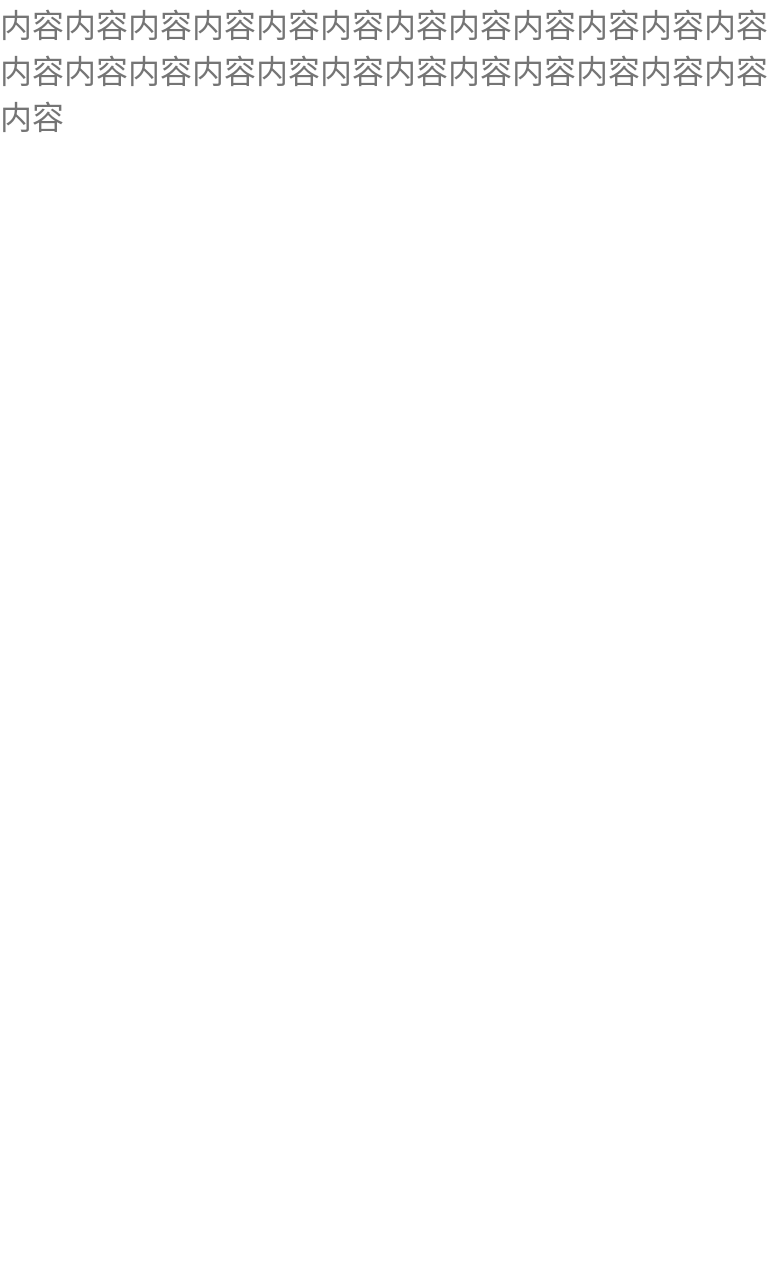
Repository: fatio/Nower
Layout: Android_Client_Source/EnjoyIt/res/layout/comment_list_item.xml
An editor plug-in stored every save of this project. The layout is shown before and after the next save, followed by the edit.
It is drawn on a 768 x 1280 px phone screen (xhdpi) without system bars, with theme AppTheme; the app's code is not run.

Above is the layout before, as saved 2015-12-27 16:25:10.

### Android_Client_Source/EnjoyIt/res/layout/comment_list_item.xml
<?xml version="1.0" encoding="utf-8"?>
<LinearLayout xmlns:android="http://schemas.android.com/apk/res/android"
    android:layout_width="match_parent"
    android:layout_height="match_parent"
    android:layout_marginBottom="5dp"
    android:layout_marginLeft="10dp"
    android:layout_marginRight="10dp"
    android:layout_marginTop="5dp"
    android:orientation="horizontal" >

    <!--
         <TextView
        android:id="@+id/tv_com_user"
        android:layout_width="wrap_content"
        android:layout_height="wrap_content"
        android:text="小明"
        android:textColor="#448AFF"
        android:textSize="12sp" />

    <TextView
        android:id="@+id/tv_back_text"
        android:layout_width="wrap_content"
        android:layout_height="wrap_content"
        android:text="回复"
        android:textColor="#2B2B2B"
        android:textSize="12sp" />

    <TextView
        android:id="@+id/tv_comed_user"
        android:layout_width="wrap_content"
        android:layout_height="wrap_content"
        android:text="小红"
        android:textColor="#448AFF"
        android:textSize="12sp" />

    <TextView
        android:layout_width="wrap_content"
        android:layout_height="wrap_content"
        android:text="："
        android:textColor="#2B2B2B"
        android:textSize="12sp" />

    <TextView
        android:id="@+id/tv_context"
        android:layout_width="wrap_content"
        android:layout_height="wrap_content"
        android:text="内容内容内容内容内容内容内容内容内容内容内容内容内容内容内容内容内容内容内容内容内容内容内容内容内容内容"
        android:textColor="#2B2B2B"
        android:textSize="12sp" />
    -->

    <TextView
        android:id="@+id/tv_text"
        android:layout_width="wrap_content"
        android:layout_height="wrap_content"
        android:text="内容内容内容内容内容内容内容内容内容内容内容内容内容内容内容内容内容内容内容内容内容内容内容内容内容"
        android:textColor="#757575"
        android:textSize="16sp"/>

</LinearLayout>

### Android_Client_Source/EnjoyIt/res/values/styles.xml
<resources>
    <style name="like_toast_dialog_style">
        <item name="android:windowFrame">@null</item>
        <item name="android:windowIsFloating">true</item>
        <item name="android:windowIsTranslucent">true</item>
        <item name="android:windowNoTitle">true</item>
        <item name="android:backgroundDimEnabled">false</item>
        <item name="android:windowContentOverlay">@null</item>
        <item name="android:windowBackground">@drawable/round_background</item>
    </style>
    <style name="AnimBottom" parent="@android:style/Animation">
        <item name="android:windowEnterAnimation">@anim/push_bottom_in</item>
        <item name="android:windowExitAnimation">@anim/push_bottom_out</item>
    </style>

    <style name="PopupAnimation3" parent="android:Animation">
        <item name="android:windowEnterAnimation">@anim/push_bottom_in</item>
        <item name="android:windowExitAnimation">@anim/push_bottom_out</item>
    </style>

    <style name="PopupAnimation" mce_bogus="1" parent="android:Animation">
        <item name="android:windowEnterAnimation">@anim/activity_translate_in</item>
        <item name="android:windowExitAnimation">@anim/activity_translate_out</item>
    </style>

    <style name="PopupAnimation1" mce_bogus="1" parent="android:Animation">
        <item name="android:windowEnterAnimation">@anim/popup_enter</item>
        <item name="android:windowExitAnimation">@anim/popup_exit</item>
    </style>
    <!--
        Base application theme, dependent on API level. This theme is replaced
        by AppBaseTheme from res/values-vXX/styles.xml on newer devices.

    -->
    <style name="AppBaseTheme" parent="android:Theme.Light">
        <!--
            Theme customizations available in newer API levels can go in
            res/values-vXX/styles.xml, while customizations related to
            backward-compatibility can go here.

        -->
    </style>

    <!-- Application theme. -->
    <style name="AppTheme" parent="AppBaseTheme">
        <!-- All customizations that are NOT specific to a particular API-level can go here. -->
    </style>

</resources>

### Android_Client_Source/EnjoyIt/res/drawable/comment_item_selector.xml
<?xml version="1.0" encoding="utf-8"?>
<selector xmlns:android="http://schemas.android.com/apk/res/android">

    <item android:drawable="@color/black2" android:state_pressed="true"><shape xmlns:android="http://schemas.android.com/apk/res/android">
            <solid android:color="#80858175" />

            <stroke android:width="2dip" android:color="#f5f5f5" />

            <corners android:radius="20dp" />
        </shape></item>
    <item android:state_pressed="false"><shape android:shape="rectangle">
            <solid android:color="#80858175" />

            <gradient android:angle="90" android:endColor="@color/white" android:startColor="@color/white" />

            <stroke android:width="1dip" android:color="#bdbdbd" />

            <corners android:radius="20dp" />
        </shape></item>

</selector><!--
solid设置填充颜色，颜色值以#80开头表示透明
stroke 设置边框宽度，颜色值
corners设置圆角
-->

### Android_Client_Source/EnjoyIt/res/values/colors.xml
<?xml version="1.0" encoding="utf-8" ?>
 <resources>
         <color name="bg_black">#000000</color>
    <color name="bg_white">#FFFFFF</color>
    <color name="bg_topbar">#FCFCFC</color>
    <color name="bg_gray">#00F1F1F1</color>
    <color name="bar_color">#232325</color>

    <color name="black2">#ffeeeeee</color>
    <color name="text_gray">#8D7A71</color>
    <color name="text_white">#FFFFFF</color>
    <color name="text_yellow">#FFC800</color>
    <color name="text_topbar">#694E42</color>
    <color name="div_white">#E5E5E5</color>
    <color name="puple">#d500f9</color>



 <color name="white">#ffffff</color><!--白色 -->
 <color name="ivory">#fffff0</color><!--象牙色 -->
 <color name="lightyellow">#ffffe0</color><!--亮黄色 -->
 <color name="yellow">#ffff00</color><!--黄色 -->
 <color name="snow">#fffafa</color><!--雪白色 -->
 <color name="floralwhite">#fffaf0</color><!--花白色 -->
 <color name="lemonchiffon">#fffacd</color><!--柠檬绸色 -->
 <color name="cornsilk">#fff8dc</color><!--米绸色 -->
 <color name="seaShell">#fff5ee</color><!--海贝色 -->
 <color name="lavenderblush">#fff0f5</color><!--淡紫红 -->
 <color name="papayawhip">#ffefd5</color><!--番木色 -->
 <color name="blanchedalmond">#ffebcd</color><!--白杏色 -->
 <color name="mistyrose">#ffe4e1</color><!--浅玫瑰色 -->
 <color name="bisque">#ffe4c4</color><!--桔黄色 -->
 <color name="moccasin">#ffe4b5</color><!--鹿皮色 -->
 <color name="navajowhite">#ffdead</color><!--纳瓦白 -->
 <color name="peachpuff">#ffdab9</color><!--桃色 -->
 <color name="gold">#ffd700</color><!--金色 -->
 <color name="pink">#ffc0cb</color><!--粉红色 -->
 <color name="lightpink">#ffb6c1</color><!--亮粉红色 -->
 <color name="orange">#ffa500</color><!--橙色 -->
 <color name="lightsalmon">#ffa07a</color><!--亮肉色 -->
 <color name="darkorange">#ff8c00</color><!--暗桔黄色 -->
 <color name="coral">#ff7f50</color><!--珊瑚色 -->
 <color name="hotpink">#ff69b4</color><!--热粉红色 -->
 <color name="tomato">#ff6347</color><!--西红柿色 -->
 <color name="orangered">#ff4500</color><!--红橙色 -->
 <color name="deeppink">#ff1493</color><!--深粉红色 -->
 <color name="fuchsia">#ff00ff</color><!--紫红色 -->
 <color name="magenta">#ff00ff</color><!--红紫色 -->
 <color name="red">#ff0000</color><!--红色 -->
 <color name="oldlace">#fdf5e6</color><!--老花色 -->
 <color name="lightgoldenrodyellow">#fafad2</color><!--亮金黄色 -->
 <color name="linen">#faf0e6</color><!--亚麻色 -->
 <color name="antiquewhite">#faebd7</color><!--古董白 -->
 <color name="salmon">#fa8072</color><!--鲜肉色 -->
 <color name="ghostwhite">#f8f8ff</color><!--幽灵白 -->
 <color name="mintcream">#f5fffa</color><!--薄荷色 -->
 <color name="whitesmoke">#f5f5f5</color><!--烟白色 -->
 <color name="beige">#f5f5dc</color><!--米色 -->
 <color name="wheat">#f5deb3</color><!--浅黄色 -->
 <color name="sandybrown">#f4a460</color><!--沙褐色 -->
 <color name="azure">#f0ffff</color><!--天蓝色 -->
 <color name="honeydew">#f0fff0</color><!--蜜色 -->
 <color name="aliceblue">#f0f8ff</color><!--艾利斯兰 -->
 <color name="khaki">#f0e68c</color><!--黄褐色 -->
 <color name="lightcoral">#f08080</color><!--亮珊瑚色 -->
 <color name="palegoldenrod">#eee8aa</color><!--苍麒麟色 -->
 <color name="violet">#ee82ee</color><!--紫罗兰色 -->
 <color name="darksalmon">#e9967a</color><!--暗肉色 -->
 <color name="lavender">#e6e6fa</color><!--淡紫色 -->
 <color name="lightcyan">#e0ffff</color><!--亮青色 -->
 <color name="burlywood">#deb887</color><!--实木色 -->
 <color name="plum">#dda0dd</color><!--洋李色 -->
 <color name="gainsboro">#dcdcdc</color><!--淡灰色 -->
 <color name="crimson">#dc143c</color><!--暗深红色 -->
 <color name="palevioletred">#db7093</color><!--苍紫罗兰色 -->
 <color name="goldenrod">#daa520</color><!--金麒麟色 -->
 <color name="orchid">#da70d6</color><!--淡紫色 -->
 <color name="thistle">#d8bfd8</color><!--蓟色 -->
 <color name="lightgray">#d3d3d3</color><!--亮灰色 -->
 <color name="lightgrey">#d3d3d3</color><!--亮灰色 -->
 <color name="tan">#d2b48c</color><!--茶色 -->
 <color name="chocolate">#d2691e</color><!--巧可力色 -->
 <color name="peru">#cd853f</color><!--秘鲁色 -->
 <color name="indianred">#cd5c5c</color><!--印第安红 -->
 <color name="mediumvioletred">#c71585</color><!--中紫罗兰色 -->
 <color name="silver">#c0c0c0</color><!--银色 -->
 <color name="darkkhaki">#bdb76b</color><!--暗黄褐色 -->
 <color name="rosybrown">#bc8f8f</color><!--褐玫瑰红 -->
 <color name="mediumorchid">#ba55d3</color><!--中粉紫色 -->
 <color name="darkgoldenrod">#b8860b</color><!--暗金黄色 -->
 <color name="firebrick">#b22222</color><!--火砖色 -->
 <color name="powderblue">#b0e0e6</color><!--粉蓝色 -->
 <color name="lightsteelblue">#b0c4de</color><!--亮钢兰色 -->
 <color name="paleturquoise">#afeeee</color><!--苍宝石绿 -->
 <color name="greenyellow">#adff2f</color><!--黄绿色 -->
 <color name="lightblue">#add8e6</color><!--亮蓝色 -->
 <color name="darkgray">#a9a9a9</color><!--暗灰色 -->
 <color name="darkgrey">#a9a9a9</color><!--暗灰色 -->
 <color name="brown">#a52a2a</color><!--褐色 -->
 <color name="sienna">#a0522d</color><!--赭色 -->
 <color name="darkorchid">#9932cc</color><!--暗紫色 -->
 <color name="palegreen">#98fb98</color><!--苍绿色 -->
 <color name="darkviolet">#9400d3</color><!--暗紫罗兰色 -->
 <color name="mediumpurple">#9370db</color><!--中紫色 -->
 <color name="lightgreen">#90ee90</color><!--亮绿色 -->
 <color name="darkseagreen">#8fbc8f</color><!--暗海兰色 -->
 <color name="saddlebrown">#8b4513</color><!--重褐色 -->
 <color name="darkmagenta">#8b008b</color><!--暗洋红 -->
 <color name="darkred">#8b0000</color><!--暗红色 -->
 <color name="blueviolet">#8a2be2</color><!--紫罗兰蓝色 -->
 <color name="lightskyblue">#87cefa</color><!--亮天蓝色 -->
 <color name="skyblue">#87ceeb</color><!--天蓝色 -->
 <color name="gray">#808080</color><!--灰色 -->
 <color name="grey">#808080</color><!--灰色 -->
 <color name="olive">#808000</color><!--橄榄色 -->
 <color name="purple">#800080</color><!--紫色 -->
 <color name="maroon">#800000</color><!--粟色 -->
 <color name="aquamarine">#7fffd4</color><!--碧绿色 -->
 <color name="chartreuse">#7fff00</color><!--黄绿色 -->
 <color name="lawngreen">#7cfc00</color><!--草绿色 -->
 <color name="mediumslateblue">#7b68ee</color><!--中暗蓝色 -->
 <color name="lightslategray">#778899</color><!--亮蓝灰 -->
 <color name="lightslategrey">#778899</color><!--亮蓝灰 -->
 <color name="slategray">#708090</color><!--灰石色 -->
 <color name="slategrey">#708090</color><!--灰石色 -->
 <color name="olivedrab">#6b8e23</color><!--深绿褐色 -->
 <color name="slateblue">#6a5acd</color><!--石蓝色 -->
 <color name="dimgray">#696969</color><!--暗灰色 -->
 <color name="dimgrey">#696969</color><!--暗灰色 -->
 <color name="mediumaquamarine">#66cdaa</color><!--中绿色 -->
 <color name="cornflowerblue">#6495ed</color><!--菊兰色 -->
 <color name="cadetblue">#5f9ea0</color><!--军兰色 -->
 <color name="darkolivegreen">#556b2f</color><!--暗橄榄绿 -->
 <color name="indigo">#4b0082</color><!--靛青色 -->
 <color name="mediumturquoise">#48d1cc</color><!--中绿宝石 -->
 <color name="darkslateblue">#483d8b</color><!--暗灰蓝色 -->
 <color name="steelblue">#4682b4</color><!--钢兰色 -->
 <color name="royalblue">#4169e1</color><!--皇家蓝 -->
 <color name="turquoise">#40e0d0</color><!--青绿色 -->
 <color name="mediumseagreen">#3cb371</color><!--中海蓝 -->
 <color name="limegreen">#32cd32</color><!--橙绿色 -->
 <color name="darkslategray">#2f4f4f</color><!--暗瓦灰色 -->
 <color name="darkslategrey">#2f4f4f</color><!--暗瓦灰色 -->
 <color name="seagreen">#2e8b57</color><!--海绿色 -->
 <color name="forestgreen">#228b22</color><!--森林绿 -->
 <color name="lightseagreen">#20b2aa</color><!--亮海蓝色 -->
 <color name="dodgerblue">#1e90ff</color><!--闪兰色 -->
 <color name="midnightblue">#191970</color><!--中灰兰色 -->
 <color name="aqua">#00ffff</color><!--浅绿色 -->
 <color name="cyan">#00ffff</color><!--青色 -->
 <color name="springgreen">#00ff7f</color><!--春绿色 -->
 <color name="lime">#00ff00</color><!--酸橙色 -->
 <color name="mediumspringgreen">#00fa9a</color><!--中春绿色 -->
 <color name="darkturquoise">#00ced1</color><!--暗宝石绿 -->
 <color name="deepskyblue">#00bfff</color><!--深天蓝色 -->
 <color name="darkcyan">#008b8b</color><!--暗青色 -->
 <color name="teal">#008080</color><!--水鸭色 -->
 <color name="green">#008000</color><!--绿色 -->
 <color name="darkgreen">#006400</color><!--暗绿色 -->
 <color name="blue">#0000ff</color><!--蓝色 -->
 <color name="mediumblue">#0000cd</color><!--中兰色 -->
 <color name="darkblue">#00008b</color><!--暗蓝色 -->
 <color name="navy">#000080</color><!--海军色 -->
 <color name="black">#000000</color><!--黑色 -->
 <color name="transparent">#0000</color><!-- 透明 -->
 <color name="transparent2">#8000</color><!-- 透明 -->
 <!-- 上传图片添加的颜色 -->
 <color name="none_color">#00000000</color>
 <color name="plugin_camera_black">#000000</color>
 <color name="albumback">#E1E0DE</color>


 <color name="style_red">#ff4c41</color>
 <color name="style_divider_color">#C9C7CD</color>
 </resources>

Loaded but not shown: Android_Client_Source/EnjoyIt/res/values-v11/styles.xml (common file); Android_Client_Source/EnjoyIt/res/values-v14/styles.xml (common file)

After the next save:
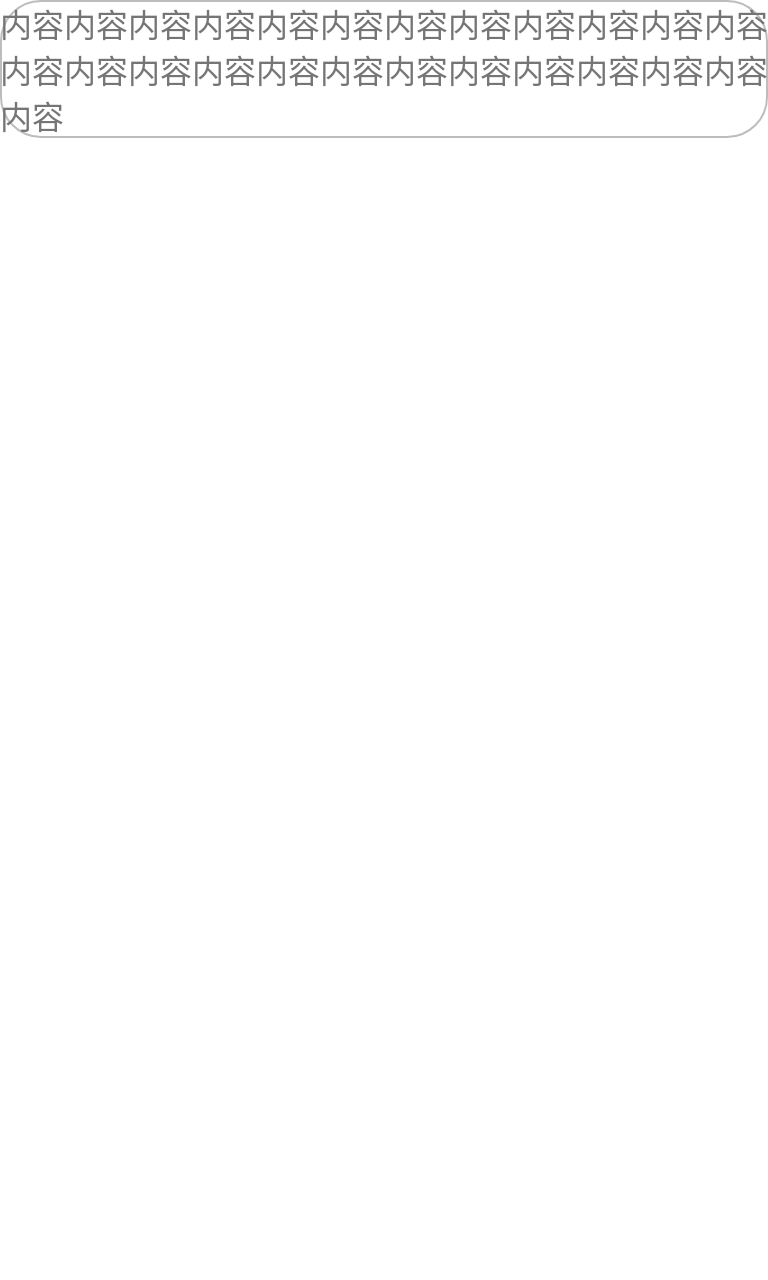
Saved 66 s later.
--- a/Android_Client_Source/EnjoyIt/res/layout/comment_list_item.xml
+++ b/Android_Client_Source/EnjoyIt/res/layout/comment_list_item.xml
@@ -55,6 +55,7 @@
         android:layout_height="wrap_content"
         android:text="内容内容内容内容内容内容内容内容内容内容内容内容内容内容内容内容内容内容内容内容内容内容内容内容内容"
         android:textColor="#757575"
+        android:background="@drawable/comment_item_selector"
         android:textSize="16sp"/>
 
 </LinearLayout>

After the save that followed:
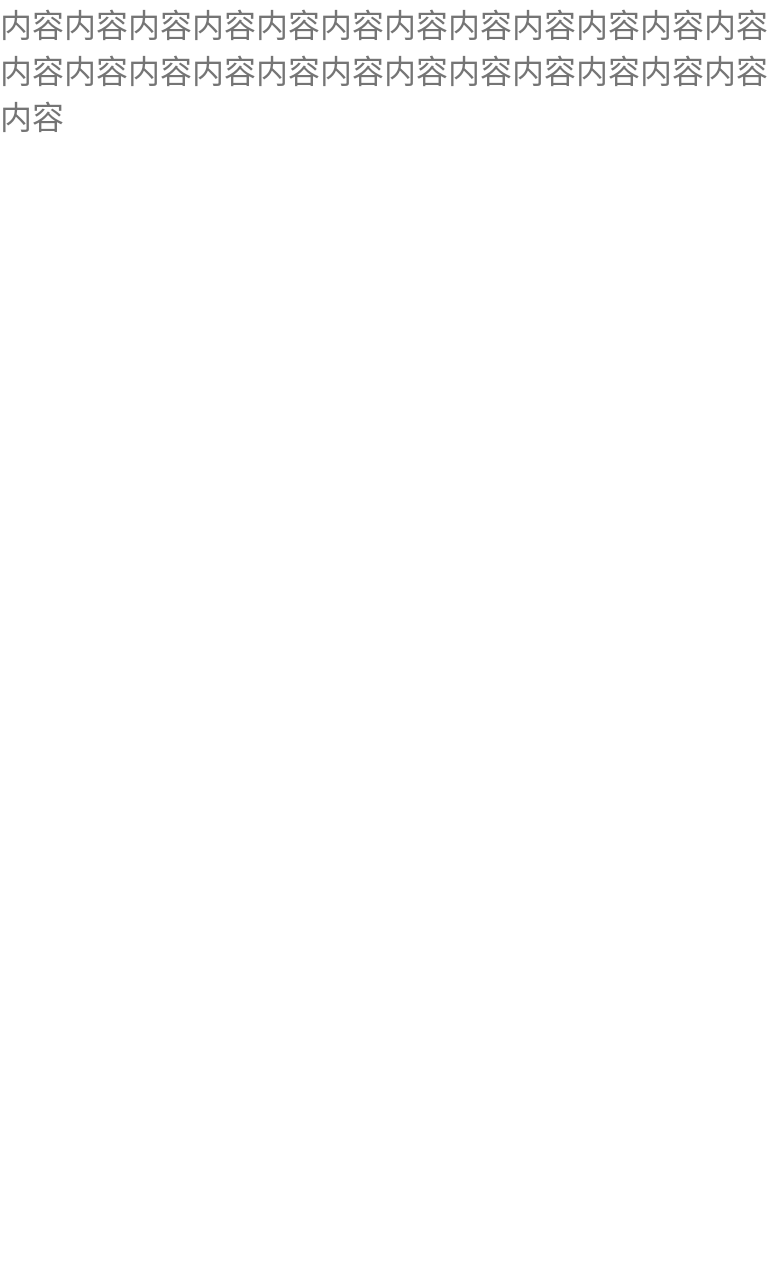
Saved 97 s later.
--- a/Android_Client_Source/EnjoyIt/res/drawable/comment_item_selector.xml
+++ b/Android_Client_Source/EnjoyIt/res/drawable/comment_item_selector.xml
@@ -1,22 +1,8 @@
 <?xml version="1.0" encoding="utf-8"?>
 <selector xmlns:android="http://schemas.android.com/apk/res/android">
 
-    <item android:drawable="@color/black2" android:state_pressed="true"><shape xmlns:android="http://schemas.android.com/apk/res/android">
-            <solid android:color="#80858175" />
-
-            <stroke android:width="2dip" android:color="#f5f5f5" />
-
-            <corners android:radius="20dp" />
-        </shape></item>
-    <item android:state_pressed="false"><shape android:shape="rectangle">
-            <solid android:color="#80858175" />
-
-            <gradient android:angle="90" android:endColor="@color/white" android:startColor="@color/white" />
-
-            <stroke android:width="1dip" android:color="#bdbdbd" />
-
-            <corners android:radius="20dp" />
-        </shape></item>
+    <item android:state_pressed="true" android:drawable="@color/black2" ></item>
+    <item android:state_pressed="false"  ></item>
 
 </selector><!--
 solid设置填充颜色，颜色值以#80开头表示透明
